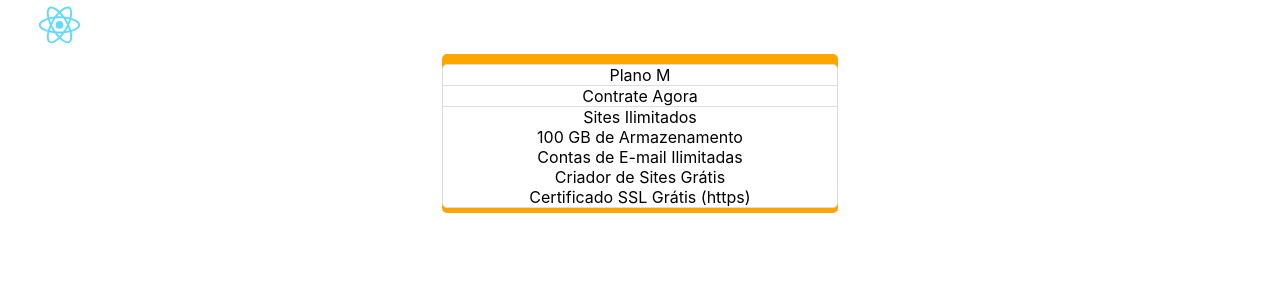
Repository: gatomazi/hostgatorFrontend
Page: /
These files come from the project's save history. The page is drawn as it stood at one moment and after the next save; the edit follows.
The browser window is 1280 px wide. The pictures show the whole page.
The project was rebuilt for these pictures with package versions that can differ from the ones it lists, and the page was loaded fresh each time.

Above is the page before, as saved 2020-01-24 10:36:12.

After the next save:
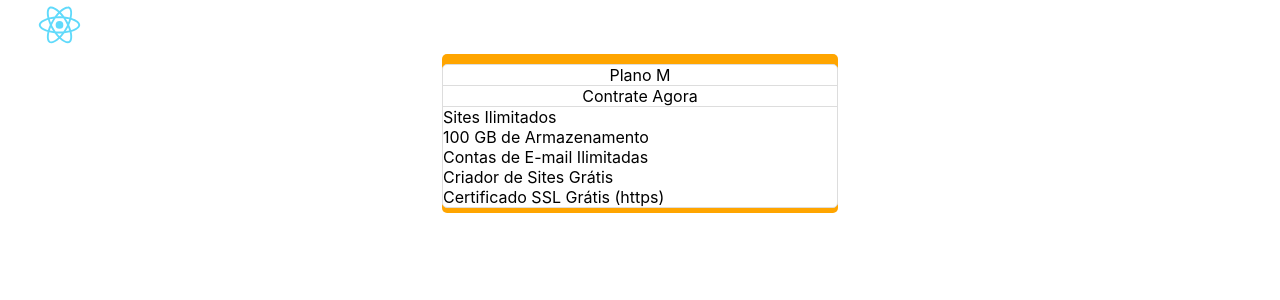
Saved 13 s later.
--- a/src/components/Plano.js
+++ b/src/components/Plano.js
@@ -43,7 +43,7 @@ const Plano = () => {
           <div className={classes.planCard}>
             <div>Plano M</div>
             <div className={classes.insideDivisor}>Contrate Agora</div>
-            <div>
+            <div style={{ textAlign: "left" }}>
               <div>Sites Ilimitados</div>
               <div>100 GB de Armazenamento</div>
               <div>Contas de E-mail Ilimitadas</div>
